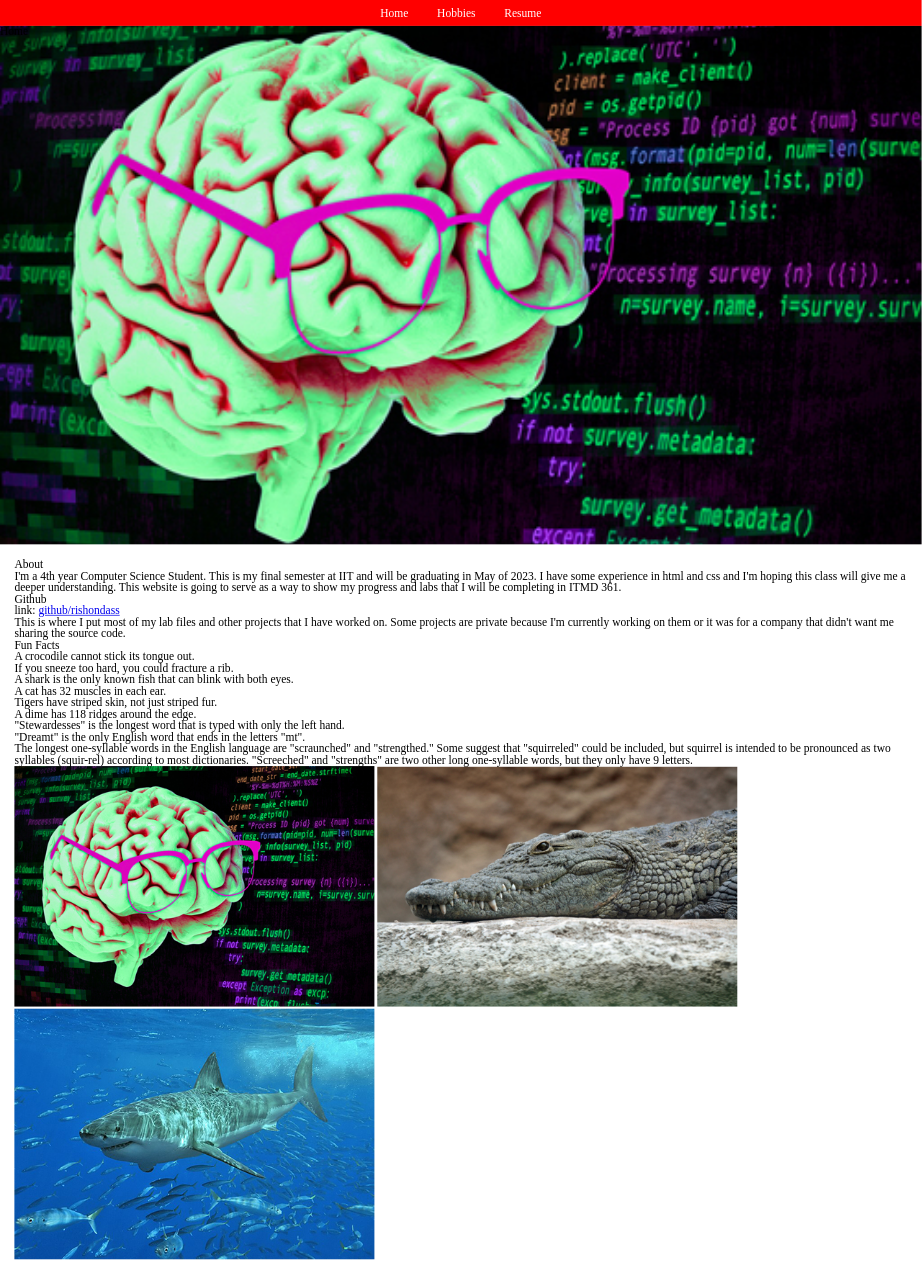
Repository: rishondass/ITMD361-Project2
Page: index.html
The author's editor kept a copy of each file at every save. The page is drawn from the files as they stood at one save, then again after the next save.
The browser window is 1280 px wide. The pictures show the whole page, at 72% of full size.

Above is the page before, as saved 2023-03-07 21:43:17.

### index.html
<!DOCTYPE html>
<html lang="en">
<head>
    <meta charset="UTF-8">
    <meta name="viewport" content="width=device-width, initial-scale=1.0">
    <link rel="stylesheet" href="css/style.css">
    <link rel="stylesheet" href="css/normalize.css">
    <title>Home</title>
</head>
<body>
    <nav id="main-nav">
        <ul>
            <li>
                <a href="index.html">Home</a>
            </li>
            <li>
                <a href="hobbies.html">Hobbies</a>
            </li>
            <li>
                <a href="resume.html">Resume</a>
            </li>
        </ul>
    </nav>
    <div id="hero-section">
        <h1>
            Home
        </h1>
    </div>
    <div id="main-container">
        <h2>
            About
        </h2>
        <p>
            I'm a 4th year Computer Science Student. This is my final semester at IIT and will be graduating in May of 2023. I have some experience in html and css and I'm hoping this class will give me a deeper understanding. This website is going to serve as a way to show my progress and labs that I will be completing in ITMD 361.
        </p>
        <h2>
            Github
        </h2>
        <p>
            link: <a target="_blank" href="https://www.github.com/rishondass">github/rishondass</a>
        </p>
        <p>
            This is where I put most of my lab files and other projects that I have worked on. Some projects are private because I'm currently working on them or it was for a company that didn't want me sharing the source code.
        </p>
        <h2>
            Fun Facts
        </h2>
        <ul>
            <li>
                A crocodile cannot stick its tongue out.
            </li>
            <li>
                If you sneeze too hard, you could fracture a rib.
            </li>
            <li>
                A shark is the only known fish that can blink with both eyes.
            </li>
            <li>
                A cat has 32 muscles in each ear.
            </li>
            <li>
                Tigers have striped skin, not just striped fur.
            </li>
            <li>
                A dime has 118 ridges around the edge.
            </li>
            <li>
                "Stewardesses" is the longest word that is typed with only the left hand.
            </li>
            <li>
                "Dreamt" is the only English word that ends in the letters "mt".
            </li>
            <li>
                The longest one-syllable words in the English language are "scraunched" and "strengthed." Some suggest that "squirreled" could be included, but squirrel is intended to be pronounced as two syllables (squir-rel) according to most dictionaries. "Screeched" and "strengths" are two other long one-syllable words, but they only have 9 letters.
            </li>
        </ul>
        <img src="images/code.jpg" alt="image_of_code">
        <img src="images/Nile_crocodile_head.jpg" alt="image_of_crocodile">
        <img src="images/White_shark.jpg" alt="image_of_shark">

    </div>
</body>
</html>

### css/style.css
#main-nav{
    background-color: red;
    overflow: hidden;
}

#main-nav ul{
    list-style-type: none;
    padding: 0;
    margin: 0;
    display: flex;
    justify-content: center;
}

#main-nav a{
   display: block;
   padding: 10px 20px;
   text-decoration: none;
   color: white;
}


#main-nav a:hover{
    background-color: rgb(255, 255, 255);
    color:black;
}

#main-container{
    margin: 20px;
}

#hero-section{
    width: 100%;
    height: 100vh;
    background-image: url("/images/code.jpg");
    background-repeat: no-repeat;
    background-size: cover;
    background-position: center;
    margin: 0;
}

Loaded but not shown: css/normalize.css (common file)

After the next save:
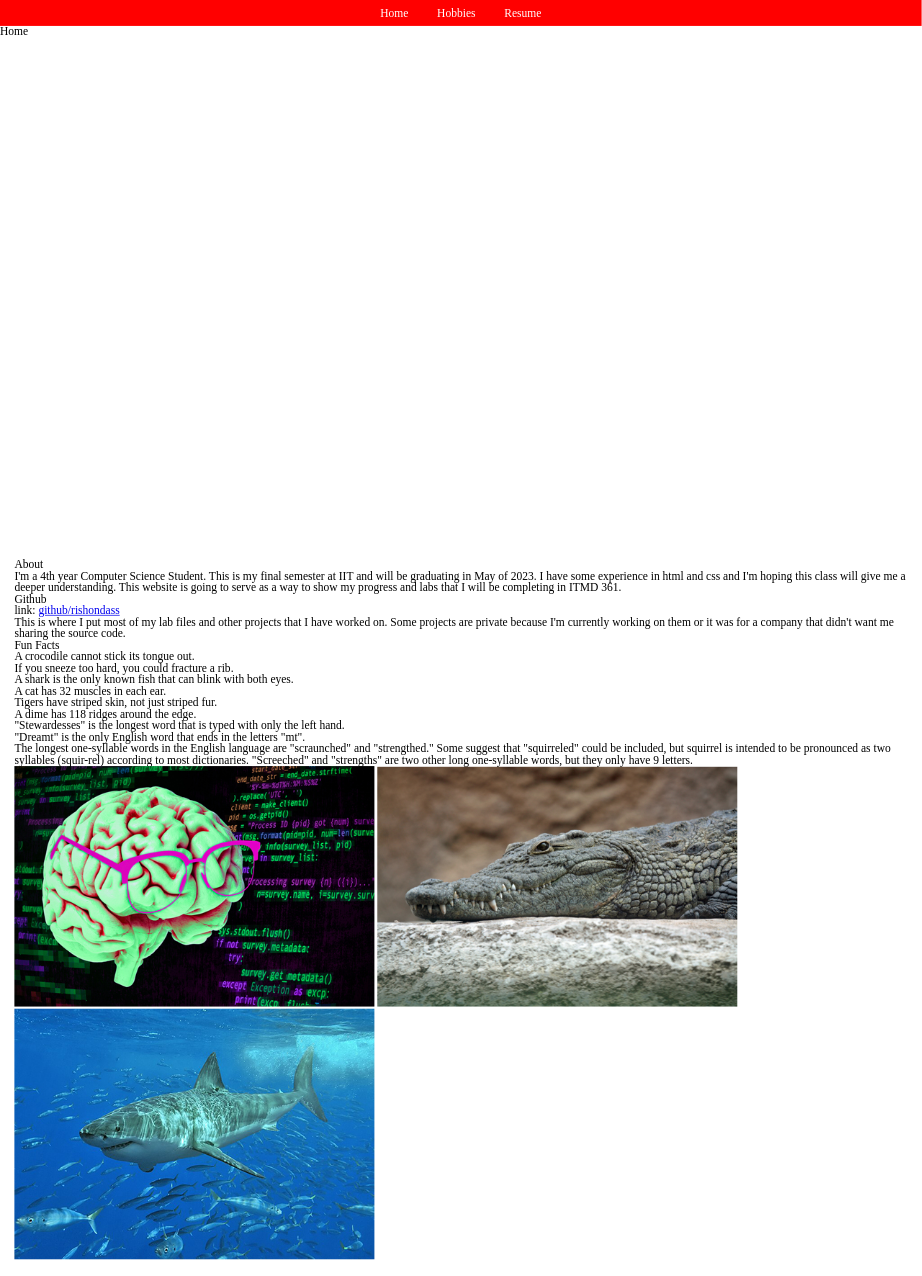
Saved 2 min 22 s later.
--- a/css/style.css
+++ b/css/style.css
@@ -31,9 +31,5 @@
 #hero-section{
     width: 100%;
     height: 100vh;
-    background-image: url("/images/code.jpg");
-    background-repeat: no-repeat;
-    background-size: cover;
-    background-position: center;
-    margin: 0;
+
 }
